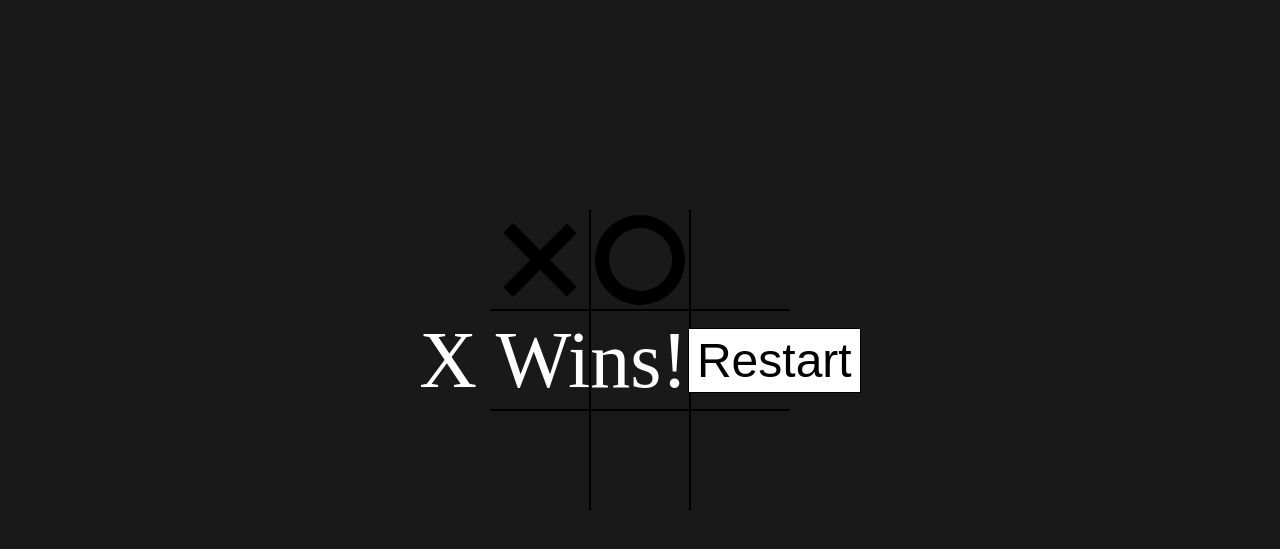
Repository: divya2/tic-toc-toe
Page: index.html
An editor plug-in stored every save of this project. The page is shown before and after the next save, followed by the edit.
The browser window is 1280 px wide. The pictures show the whole page.
The pointer rests on the first visible `.winning-message button`.

Above is the page before, as saved 2020-10-29 23:02:46.
Not found: script.js

After the next save:
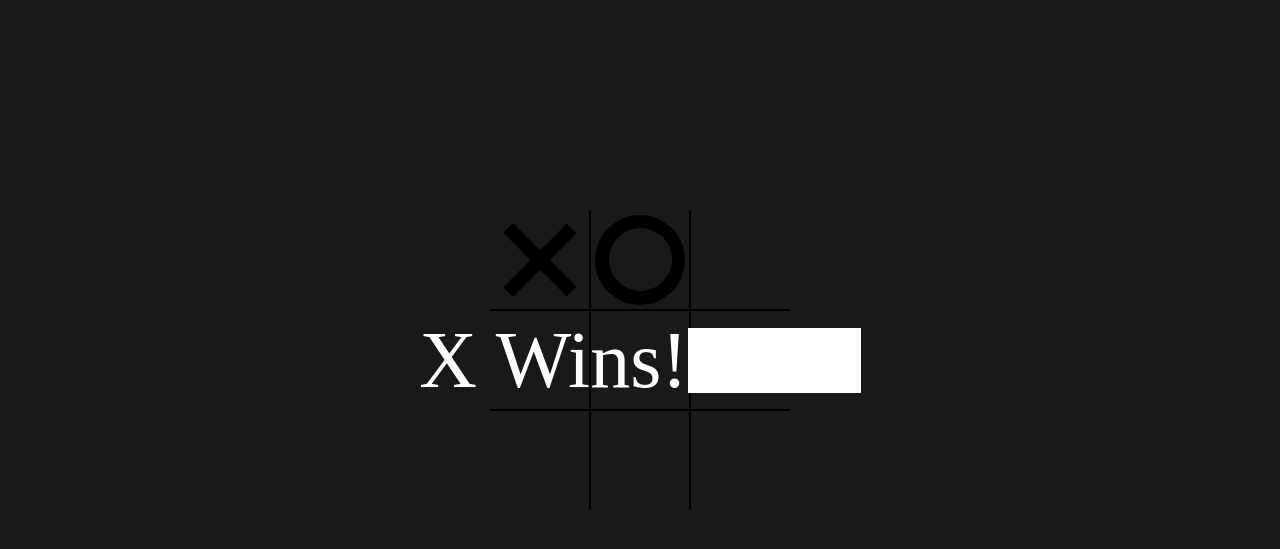
Saved 86 s later.
--- a/styles.css
+++ b/styles.css
@@ -134,3 +134,9 @@ body {
     padding: .25rem .5rem;
     cursor: pointer;
 }
+
+.winning-message button:hover {
+    background-color: white;
+    border-color: white;
+    color: white;
+}
